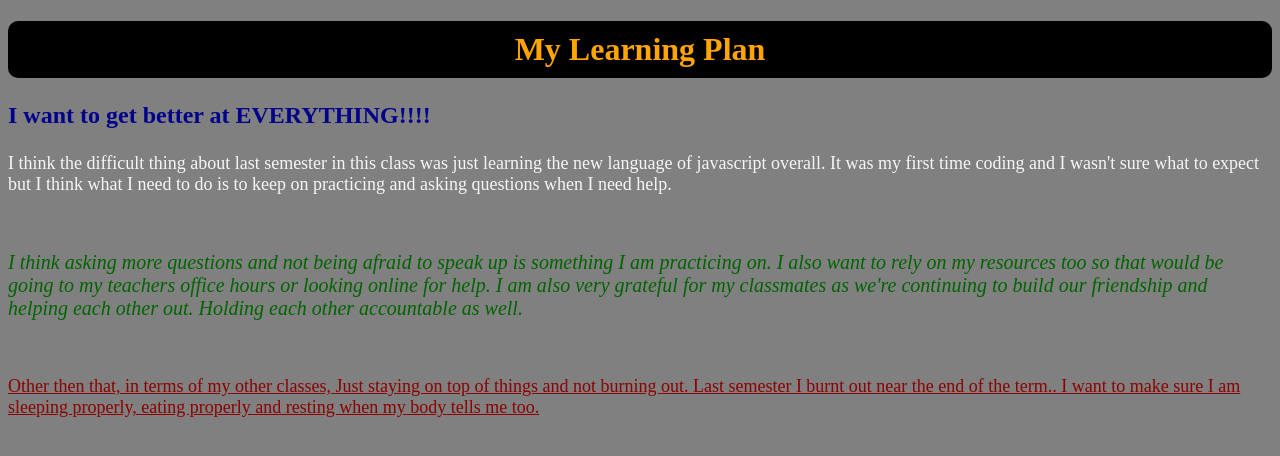
Repository: boofoo-png/mdia-2109
Page: Lab 3/learning-plan.html
The author's editor kept a copy of each file at every save. The page is drawn from the files as they stood at one save, then again after the next save.
The browser window is 1280 px wide. The pictures show the whole page.

Above is the page before, as saved 2026-02-02 11:16:12.

After the next save:
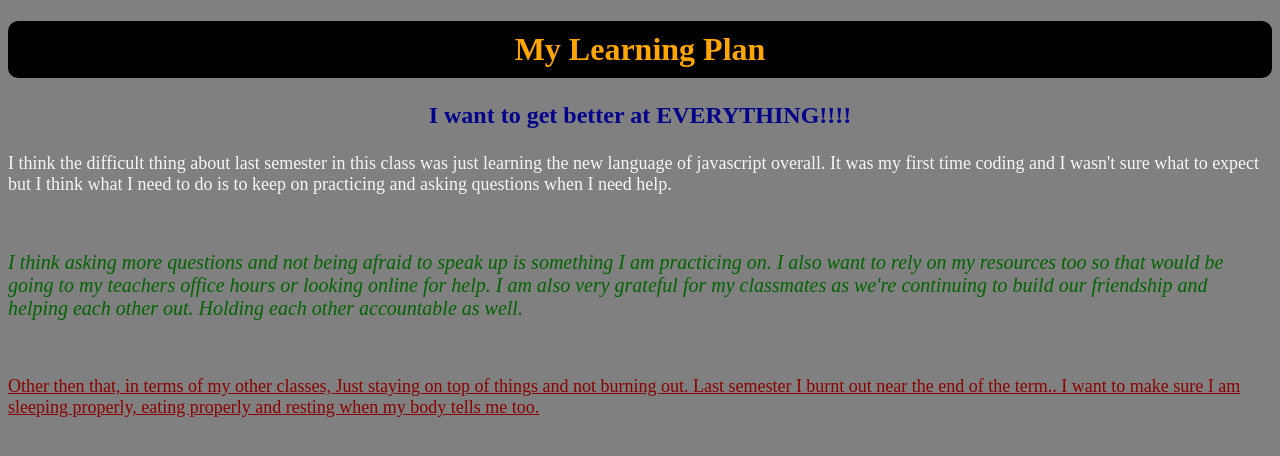
Saved 6 s later.
--- a/Lab 3/styles.css
+++ b/Lab 3/styles.css
@@ -11,7 +11,8 @@
     font-size: 24px;
     font-weight: bold;
     color: darkblue;
-    ju
+    justify-self: center;
+
 }
 
 p.intro {

After the save that followed:
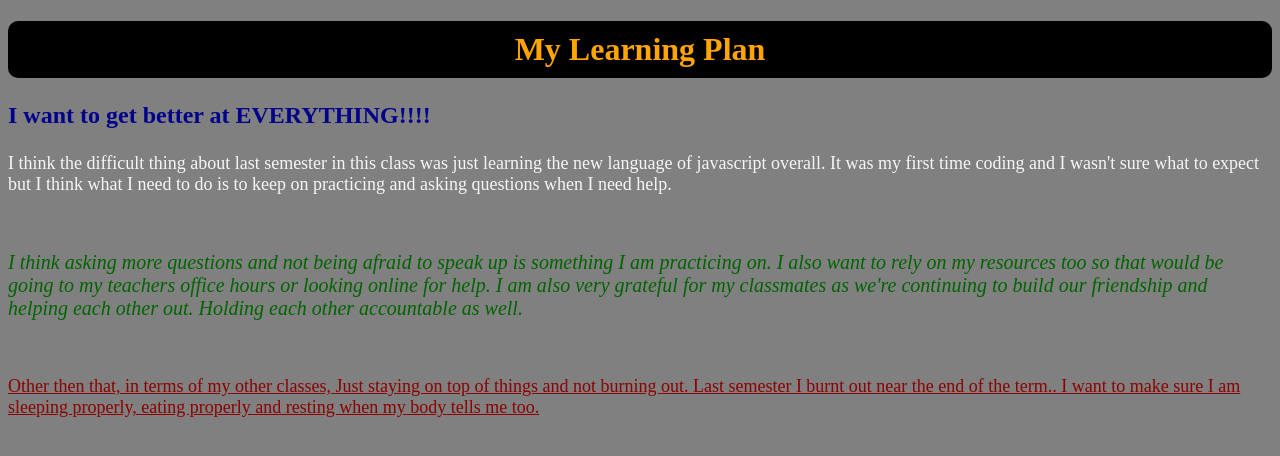
Saved 5 s later.
--- a/Lab 3/styles.css
+++ b/Lab 3/styles.css
@@ -11,7 +11,7 @@
     font-size: 24px;
     font-weight: bold;
     color: darkblue;
-    justify-self: center;
+    justify-content: center;
 
 }
 
